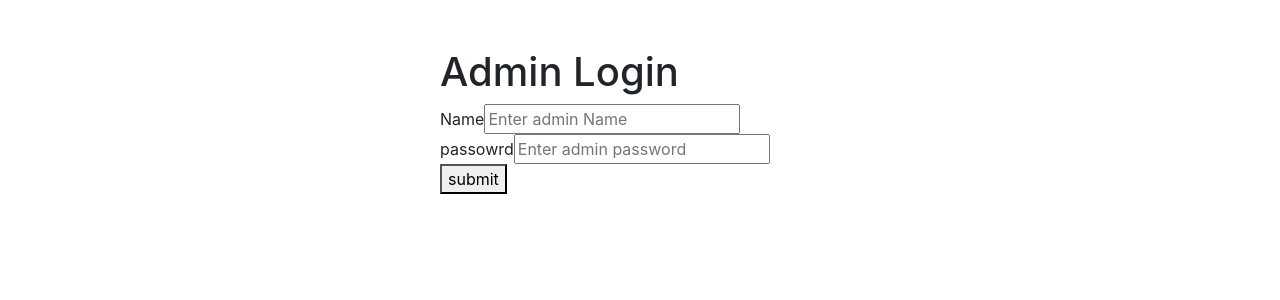
Repository: parthikjadav/parthik-react-practicle-exam
Page: /
An editor plug-in stored every save of this project. The page is shown before and after the next save, followed by the edit.
The browser window is 1280 px wide. The pictures show the whole page.
The project was rebuilt for these pictures with package versions that can differ from the ones it lists, and the page was loaded fresh each time. Requests to the local data server were answered from the project's data file. Also part of the build but not shown: src/App.css, src/componet/page/Reservationform.jsx, src/componet/page/Reservationlist.jsx, src/componet/header/navdata.js, src/componet/header/Navbar.jsx.

Above is the page before, as saved 2024-05-16 10:36:23.

After the next save:
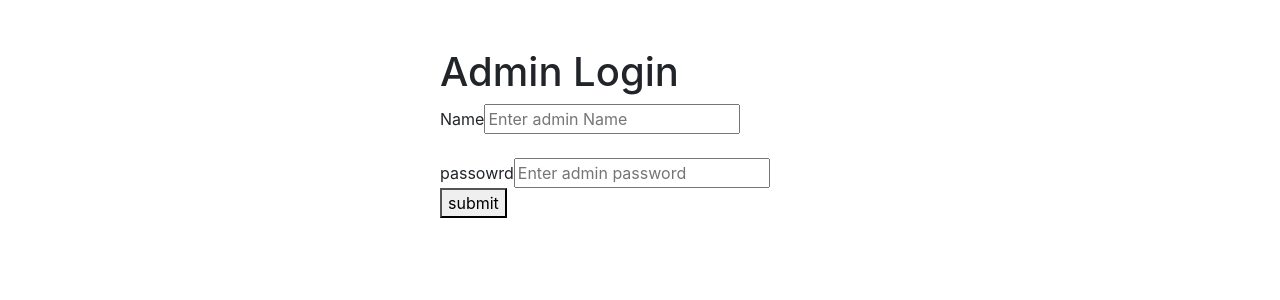
Saved 14 s later.
--- a/src/componet/page/Adminlogin.jsx
+++ b/src/componet/page/Adminlogin.jsx
@@ -24,7 +24,7 @@
             <div class="mx-auto m-5" style={{ width: "400px" }}>
             <h1>Admin Login </h1>
                 <label>Name  </label>
-                <input type="text" placeholder='Enter admin Name' ref={name} /><br />
+                <input type="text" placeholder='Enter admin Name' ref={name} /><br /><br />
                 <label>passowrd </label>
                 <input type="password" placeholder='Enter admin password' ref={passowrd} /><br />
                 <button onClick={logindata}>submit</button>

After the save that followed:
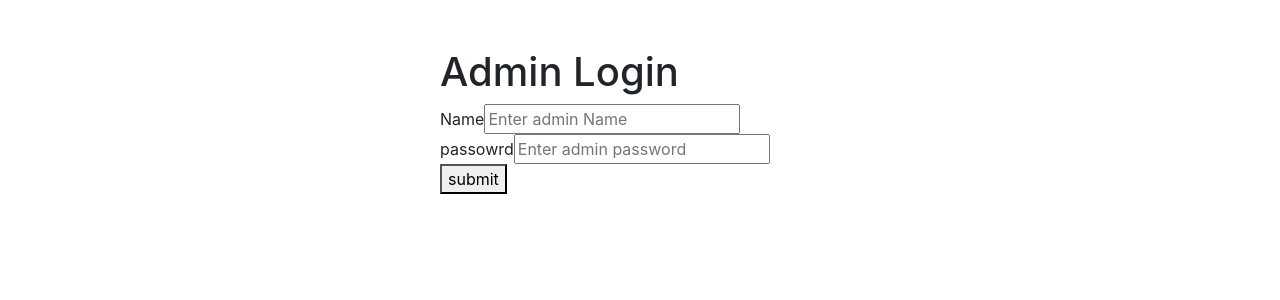
Saved 5 s later.
--- a/src/componet/page/Adminlogin.jsx
+++ b/src/componet/page/Adminlogin.jsx
@@ -24,7 +24,7 @@
             <div class="mx-auto m-5" style={{ width: "400px" }}>
             <h1>Admin Login </h1>
                 <label>Name  </label>
-                <input type="text" placeholder='Enter admin Name' ref={name} /><br /><br />
+                <input type="text" placeholder='Enter admin Name' ref={name} /><br />
                 <label>passowrd </label>
                 <input type="password" placeholder='Enter admin password' ref={passowrd} /><br />
                 <button onClick={logindata}>submit</button>
